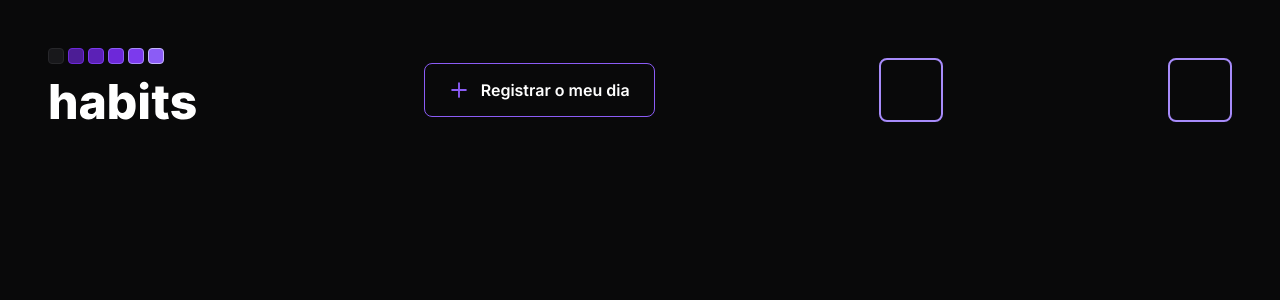
Repository: AntonyCosta/nlw-setup
Page: index.html
The author's editor kept a copy of each file at every save. The page is drawn from the files as they stood at one save, then again after the next save.
The browser window is 1280 px wide. The pictures show the whole page.

Above is the page before, as saved 2023-01-18 03:38:40.

After the next save:
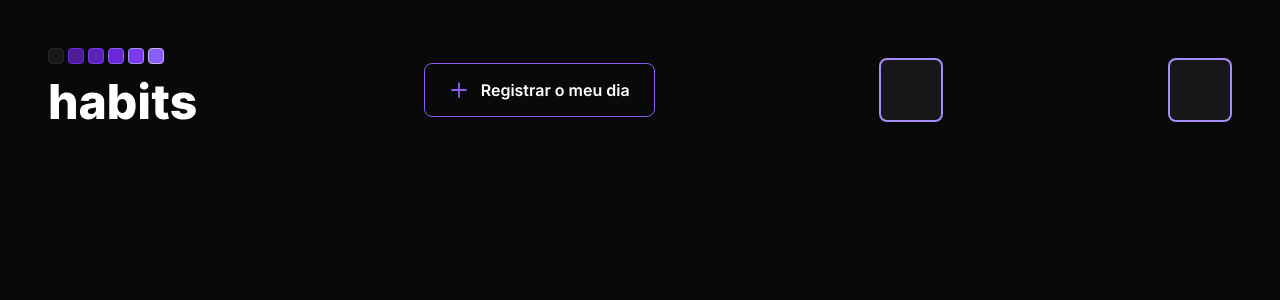
Saved 24 s later.
--- a/style.css
+++ b/style.css
@@ -48,4 +48,6 @@ input {
 
   border: 2px solid #a78bfa;
   border-radius: 8px;
+
+  background: #18181b;
 }
